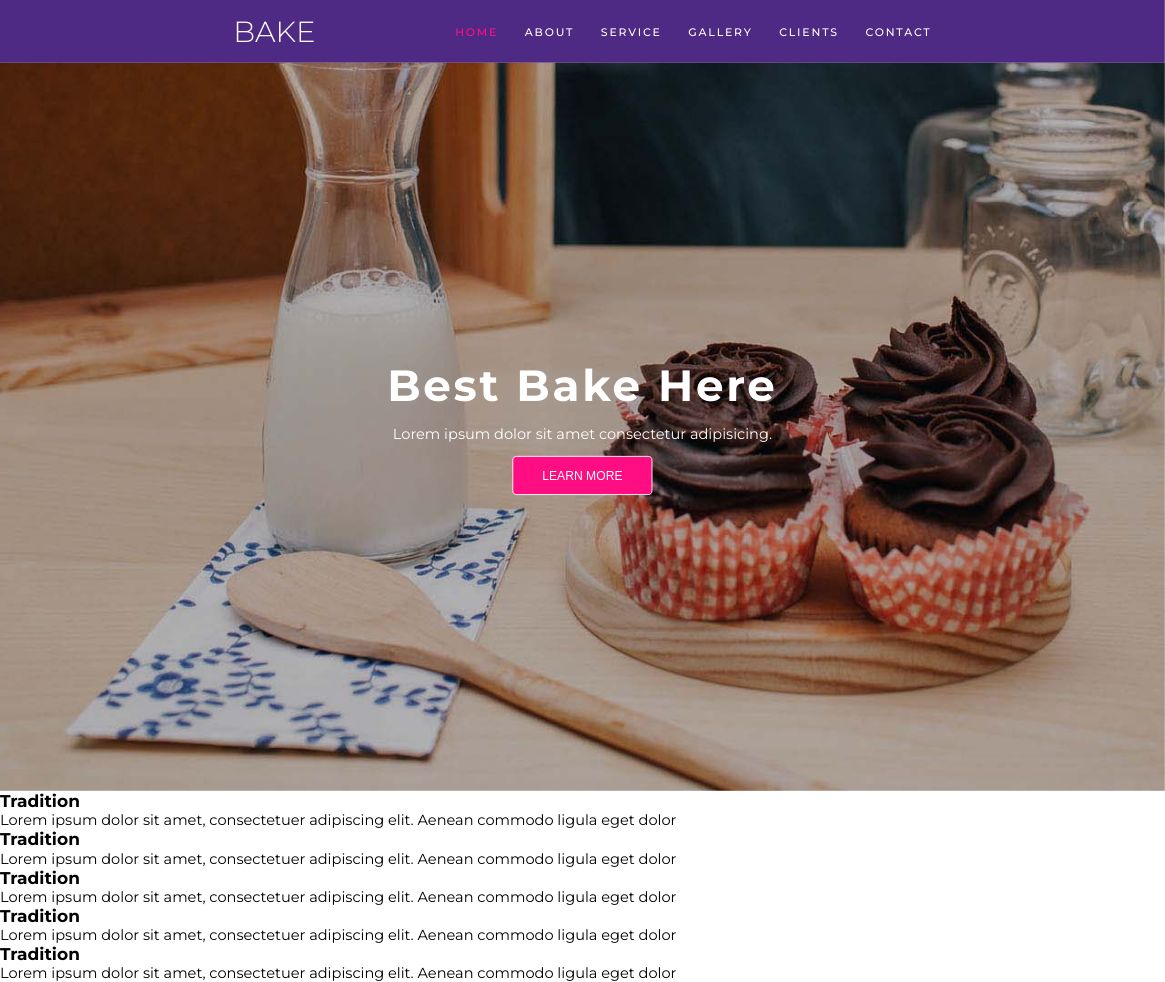
Repository: giahuy405/Bake
Page: index.html
An editor plug-in stored every save of this project. The page is shown before and after the next save, followed by the edit.
The browser window is 1280 px wide. The pictures show the whole page, at 91% of full size.

Above is the page before, as saved 2022-09-13 14:47:09.

After the next save:
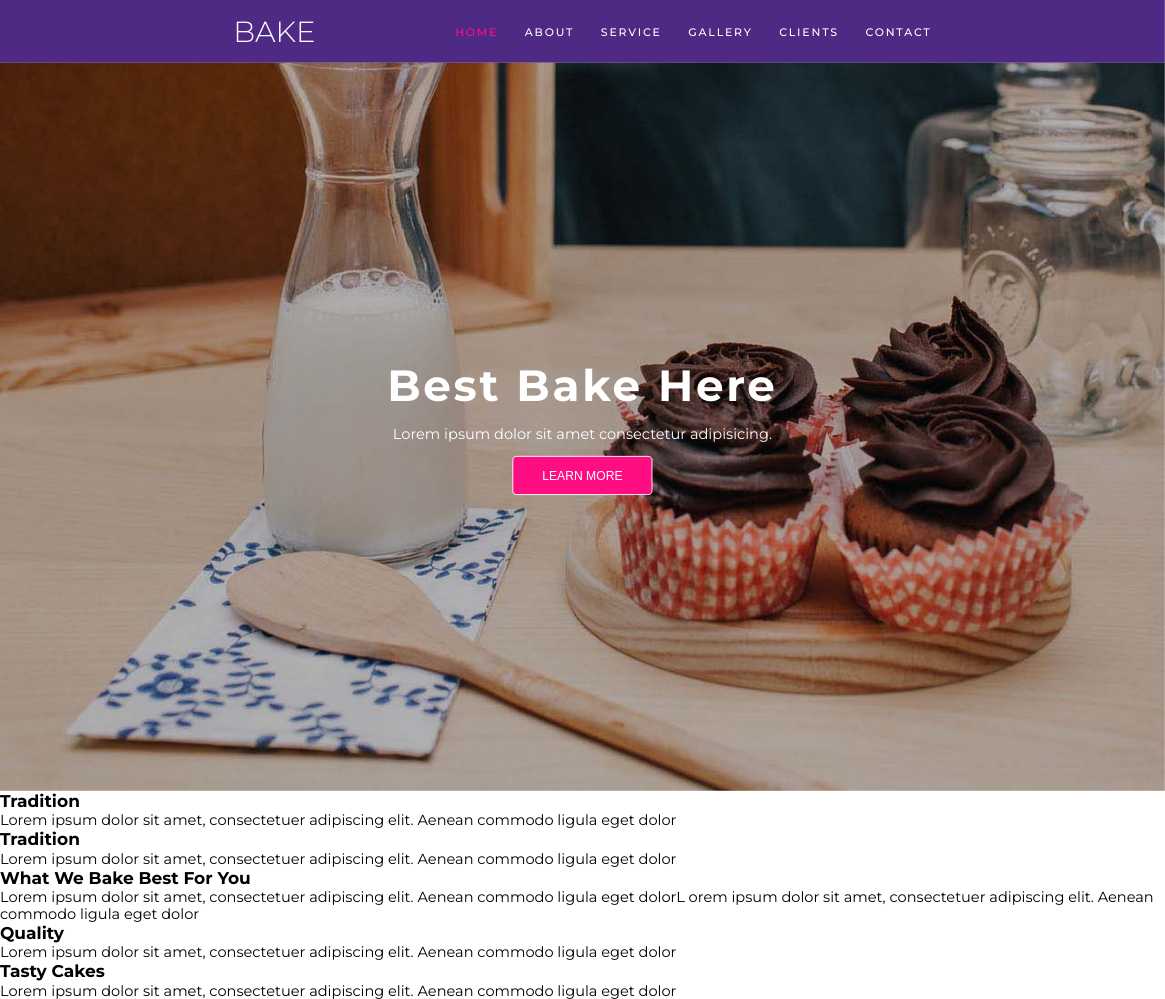
Saved 30 s later.
--- a/index.html
+++ b/index.html
@@ -51,7 +51,16 @@
             </div>
             <div class="intro__item">
                 <div class="intro__content">
-                    <h3>Tradition</h3>
+                    <h3>What We Bake Best For You</h3>
+                    <p>Lorem ipsum dolor sit amet, consectetuer adipiscing elit. Aenean commodo ligula eget dolorL orem ipsum dolor sit amet, consectetuer adipiscing elit. Aenean commodo ligula eget dolor</p>
+                </div>
+            </div>
+            <div class="intro__item">
+
+            </div>
+            <div class="intro__item">
+                <div class="intro__content">
+                    <h3>Quality</h3>
                     <p>Lorem ipsum dolor sit amet, consectetuer adipiscing elit. Aenean commodo ligula eget dolor</p>
                 </div>
             </div>
@@ -60,16 +69,7 @@
             </div>
             <div class="intro__item">
                 <div class="intro__content">
-                    <h3>Tradition</h3>
-                    <p>Lorem ipsum dolor sit amet, consectetuer adipiscing elit. Aenean commodo ligula eget dolor</p>
-                </div>
-            </div>
-            <div class="intro__item">
-
-            </div>
-            <div class="intro__item">
-                <div class="intro__content">
-                    <h3>Tradition</h3>
+                    <h3>Tasty Cakes</h3>
                     <p>Lorem ipsum dolor sit amet, consectetuer adipiscing elit. Aenean commodo ligula eget dolor</p>
                 </div>
             </div>
